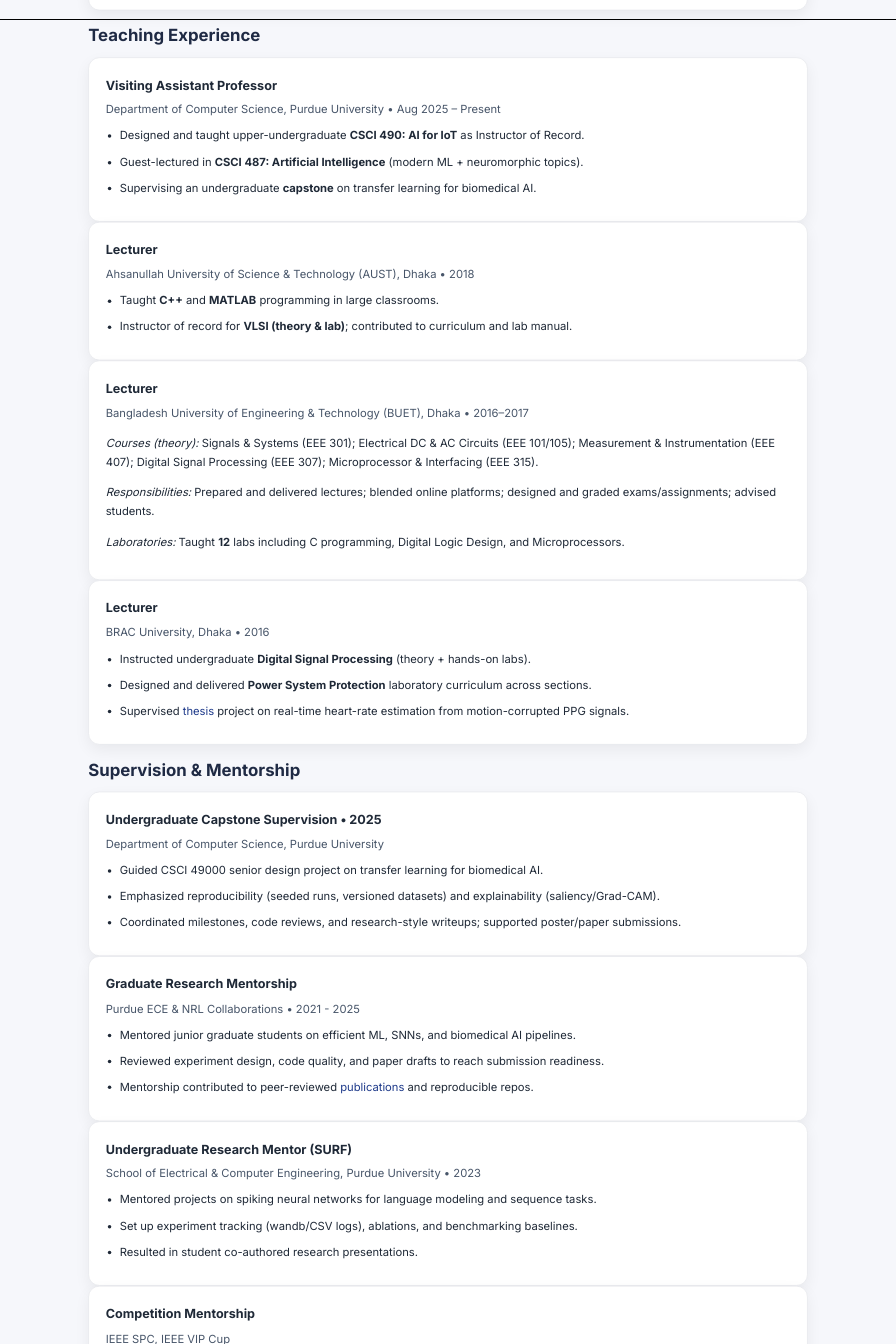
Repository: SayeedChowdhury/SayeedChowdhury.github.io
Page: teaching.html
An editor plug-in stored every save of this project. The page is shown before and after the next save, followed by the edit.
The browser window is 1280 px wide. The pictures show the part of the page from y = 337 to 2257 px (the page is 2952 px tall), at 70% of full size.

Above is the page before, as saved 2025-08-13 14:03:34.

### teaching.html
<!doctype html>
<html lang="en">
<head>
  <meta charset="utf-8">
  <meta name="viewport" content="width=device-width, initial-scale=1">
  <title>Teaching & Mentorship • Sayeed S. Chowdhury</title>
  <link rel="preconnect" href="https://fonts.googleapis.com">
  <link rel="preconnect" href="https://fonts.gstatic.com" crossorigin>
  <link href="https://fonts.googleapis.com/css2?family=Inter:wght@400;600;700&display=swap" rel="stylesheet">
  <link rel="stylesheet" href="assets/style.css">
</head>
<body>
<div class="nav">
  <div class="inner container">
    <div class="brand"><span class="dot"></span> <a href="index.html" style="text-decoration:none;color:inherit;">Sayeed S. Chowdhury</a></div>
    <div style="margin-left:auto; display:flex; gap:6px; flex-wrap:wrap">
      <a href="index.html" class="">Home</a>
      <a href="edu-exp.html" class="">Education & Experience</a>
      <a href="teaching.html" class="active">Teaching & Mentorship</a>
      <!-- <a href="research.html" class="">Research</a> -->
      <a href="publications.html" class="">Publications</a>
      <a href="awards.html" class="">Grants and Awards</a>
      <a href="contact.html" class="">Contact</a>
    </div>
  </div>
</div>
<div class="container">

  <section class="section">
    <h2>Teaching Philosophy</h2>
    <div class="card">
      <p style="margin:0">
        I create an inclusive, student-centered classroom that blends Socratic questioning with project-based learning.
        My goals are to build strong fundamentals, develop students’ ability to reason from first principles, and connect
        theory to practice through open-ended labs and reproducible coding assignments.
      </p>
    </div>

    <h2>Teaching Experience</h2>

    <!-- Purdue — Visiting Assistant Professor -->
    <div class="card">
      <h3>Visiting Assistant Professor</h3>
      <div class="lead">Department of Computer Science, Purdue University • Aug&nbsp;2025 – Present</div>
      <ul class="list">
        <li>Designed and taught upper-undergraduate <strong>CSCI 490: AI for IoT</strong> as Instructor of Record.</li>
        <li>Guest-lectured in <strong>CSCI 487: Artificial Intelligence</strong> (modern ML + neuromorphic topics).</li>
        <li>Supervising an undergraduate <strong>capstone</strong> on transfer learning for biomedical AI.</li>
      </ul>
    </div>

    <!-- AUST -->
    <div class="card">
      <h3>Lecturer</h3>
      <div class="lead">Ahsanullah University of Science &amp; Technology (AUST), Dhaka • 2018</div>
      <ul class="list">
        <li>Taught <strong>C++</strong> and <strong>MATLAB</strong> programming in large classrooms.</li>
        <li>Instructor of record for <strong>VLSI (theory &amp; lab)</strong>; contributed to curriculum and lab manual.</li>
      </ul>
    </div>

    <!-- BUET -->
    <div class="card">
      <h3>Lecturer</h3>
      <div class="lead">Bangladesh University of Engineering &amp; Technology (BUET), Dhaka • 2016–2017</div>
      <p><em>Courses (theory):</em> Signals &amp; Systems (EEE 301); Electrical DC &amp; AC Circuits (EEE 101/105);
        Measurement &amp; Instrumentation (EEE 407); Digital Signal Processing (EEE 307);
        Microprocessor &amp; Interfacing (EEE 315).</p>
      <p><em>Responsibilities:</em> Prepared and delivered lectures; blended online platforms; designed and graded
        exams/assignments; advised students.</p>
      <p><em>Laboratories:</em> Taught <strong>12</strong> labs including C programming, Digital Logic Design, and Microprocessors.</p>
    </div>

    <!-- BRAC University -->
    <div class="card">
      <h3>Lecturer</h3>
      <div class="lead">BRAC University, Dhaka • 2016</div>
      <ul class="list">
        <li>Instructed undergraduate <strong>Digital Signal Processing</strong> (theory + hands-on labs).</li>
        <li>Designed and delivered <strong>Power System Protection</strong> laboratory curriculum across sections.</li>
        <li>Supervised <a href="https://dspace.bracu.ac.bd/xmlui/handle/10361/8610?show=full" target="_blank" rel="noopener">thesis</a> project on real-time heart-rate estimation from motion-corrupted PPG signals.</li>
      </ul>
    </div>

    <h2>Supervision &amp; Mentorship</h2>

    <!-- Undergraduate Capstone -->
    <div class="card">
      <h3>Undergraduate Capstone Supervision • 2025</h3>
      <div class="lead">Department of Computer Science, Purdue University</div>
      <ul class="list">
        <li>Guided CSCI 49000 senior design project on transfer learning for biomedical AI.</li>
        <li>Emphasized reproducibility (seeded runs, versioned datasets) and explainability (saliency/Grad-CAM).</li>
        <li>Coordinated milestones, code reviews, and research-style writeups; supported poster/paper submissions.</li>
      </ul>
    </div>

    <!-- Graduate Mentorship -->
    <div class="card">
      <h3>Graduate Research Mentorship</h3>
      <div class="lead">Purdue ECE &amp; NRL Collaborations • 2021 - 2025</div>
      <ul class="list">
        <li>Mentored junior graduate students on efficient ML, SNNs, and biomedical AI pipelines.</li>
        <li>Reviewed experiment design, code quality, and paper drafts to reach submission readiness.</li>
        <li>Mentorship contributed to peer-reviewed <a href=" https://ieeexplore.ieee.org/abstract/document/11078244" target="_blank" rel="noopener">publications</a> and reproducible repos.</li>
      </ul>
    </div>

    <!-- SURF Projects -->
    <div class="card">
      <h3>Undergraduate Research Mentor (SURF)</h3>
      <div class="lead">School of Electrical &amp; Computer Engineering, Purdue University • 2023</div>
      <ul class="list">
        <li>Mentored projects on spiking neural networks for language modeling and sequence tasks.</li>
        <li>Set up experiment tracking (wandb/CSV logs), ablations, and benchmarking baselines.</li>
        <li>Resulted in student co-authored research presentations.</li>
      </ul>
    </div>


    <!-- Competitions -->
    <div class="card">
      <h3>Competition Mentorship</h3>
      <div class="lead">IEEE SPC, IEEE VIP Cup</div>
      <ul class="list">
        <li>
          Mentored an undergraduate team at <strong>Bangladesh University of Engineering &amp; Technology (BUET)</strong>
          for the <em>4th <a href="https://ieeexplore.ieee.org/document/7974869" target="_blank" rel="noopener">IEEE Signal Processing Cup (2017)</a> </em> on real-time music beat prediction, achieving
          <strong>Honorable Mention</strong>.
        </li>
        <li>
          Guided a BUET student team in the <em>1st <a href="https://ieeexplore.ieee.org/stamp/stamp.jsp?arnumber=8310690" target="_blank" rel="noopener">IEEE Video and Image Processing Cup</a> </em> to develop a traffic
          sign detection system for self-driving cars, securing <strong>3rd place worldwide</strong>.
        </li>
        <li>
          Supervised an undergraduate team at <strong>Ahsanullah University of Science and Technology (AUST)</strong>
          for the <em>7th <a href="https://arxiv.org/pdf/2007.10812" target="_blank" rel="noopener">IEEE Signal Processing Cup (2020)</a> </em> on anomaly detection in an unsupervised surveillance
          setting, ranking <strong>8th place worldwide</strong>.
        </li>
      </ul>
    </div>


      <!-- Undergraduate Capstone -->
    <div class="card">
      <h3>Undergraduate Thesis Supervision </h3>
      <div class="lead">Department of EEE, BRAC University • 2017</div>
      <ul class="list">
        <li>Supervised <a href="https://dspace.bracu.ac.bd/xmlui/handle/10361/8610?show=full" target="_blank" rel="noopener">thesis</a> project on real-time heart-rate estimation from motion-corrupted PPG signals, guiding research design, algorithm selection, and ethical compliance.</li>
        <li>Mentored students in refining research questions, coding best practices, version control, and reproducible experiment pipelines, with regular progress reviews and milestone tracking.</li>
        <li>Provided detailed feedback on technical writing, presentation skills, and defense preparation, ensuring readiness for academic and industry audiences.</li>
        </ul>
    </div>
</div>

  </section>

</div>
<div class="footer">© 2025 Sayeed Shafayet Chowdhury • Built with GitHub Pages</div>
</body>
</html>

### assets/style.css
/* ================================
   Sayeed S. Chowdhury — style.css
   Mild light theme (no top halo)
   ================================ */

   :root{
    --bg:#f6f7fb;          /* mild light (not white) */
    --panel:#ffffff;       /* card surface */
    --panel-2:#f1f5fb;     /* subtle secondary surface */
    --ink:#1f2937;         /* main text (slate-800) */
    --muted:#475569;       /* secondary text (slate-600) */
    --navy:#1e3a8a;        /* accent for nav/links (blue-900) */
    --gold:#b58500;        /* optional accent */
    --border:#e5e7eb;      /* card/nav borders */
    --shadow:0 8px 22px rgba(0,0,0,.06);
    --radius:16px;
  }

  /* Base */
  *{ box-sizing:border-box }
  html,body{ height:100% }
  body{
    margin:0;
    color:var(--ink);
    background:var(--bg); /* removed radial gradients/halo */
    font:16px/1.7 "Inter", system-ui, -apple-system, Segoe UI, Roboto, Helvetica, Arial;
    -webkit-font-smoothing:antialiased;
    text-rendering:optimizeLegibility;
  }

  .container{ max-width:1100px; margin:0 auto; padding:24px }

  /* Top Nav */
  .nav{
    position:sticky; top:0; z-index:10;
    background:#f9fafb;                      /* solid so it’s visible */
    backdrop-filter:saturate(140%) blur(6px);
    border-bottom:1px solid var(--border);
    box-shadow:0 6px 14px rgba(0,0,0,.04);
  }
  .nav .inner{ display:flex; align-items:center; gap:16px; padding:12px 24px; }
  .nav .brand{ display:flex; align-items:center; gap:10px; font-weight:700; color:var(--ink) }
  .nav .brand .dot{ width:10px; height:10px; border-radius:50%; background:linear-gradient(45deg,#2563eb,#60a5fa); box-shadow:0 0 8px rgba(37,99,235,.5) }
  .nav a{
    color:#334155;                            /* slate-700: readable */
    text-decoration:none;
    padding:8px 12px;
    border-radius:10px;
  }
  .nav a:hover{
    color:var(--navy);
    background:#e6edf7;                       /* gentle hover pill */
  }
  .nav a.active{
    color:var(--navy);
    background:#dbeafe;                       /* visible active pill */
    font-weight:600;
  }
  .nav a:focus-visible{ outline:2px solid #93c5fd; outline-offset:2px }

  /* Hero & Layout */
  .hero{
    display:grid; grid-template-columns:1.1fr .9fr; gap:28px; align-items:stretch;
    padding:48px 24px 12px;
  }
  .row{ display:flex; gap:18px; flex-wrap:wrap; align-items:center }

  /* Cards */
  .card{
    background:var(--panel);
    border:1px solid var(--border);
    border-radius:var(--radius);
    box-shadow:var(--shadow);
    padding:24px;
  }
  .cards{ display:grid; grid-template-columns:repeat(12,1fr); gap:20px; margin-top:18px }
  .card.grid-12{ grid-column:span 12 }
  .card.grid-6{ grid-column:span 6 }
  .card.grid-4{ grid-column:span 4 }

  /* Typography */
  h1{ font-size:32px; margin:0 0 6px }         /* smaller homepage name */
  h2{ font-size:24px; margin:16px 0 10px; color:#1f2a44 }
  h3{ font-size:18px; margin:0 0 6px }
  .lead{ color:var(--muted); font-size:16px }
  .kicker{ color:var(--gold); font-weight:700; letter-spacing:.4px; text-transform:uppercase; font-size:12px }
  .page-title{ margin:8px 0 16px }
  .page-title h1{ font-size:46px; letter-spacing:.4px; margin:0; color:#1f2a44 }

  /* Lists */
  .list{ padding-left:20px; margin:0 }
  .list li{ margin:10px 0 }

  /* Headshot */
  .headshot{
    width:160px; height:160px; border-radius:50%; object-fit:cover;
    border:3px solid #eef2ff; box-shadow:0 4px 14px rgba(0,0,0,.06)
  }

  /* Badges & Pills */
  .badges{ display:flex; flex-wrap:wrap; gap:10px; margin-top:14px }
  .badge{
    background:#f1f5fb; border:1px solid #dbe4f2; color:#2b4a6a;
    padding:6px 10px; border-radius:999px; font-size:13px
  }
  .pill{
    display:inline-block; padding:5px 10px; border:1px solid var(--border);
    border-radius:999px; font-size:12px; color:var(--muted); margin-right:8px
  }

  /* Buttons */
  .cta{ display:flex; gap:12px; flex-wrap:wrap; margin-top:12px }
  .button{
    display:inline-flex; align-items:center; gap:10px;
    padding:12px 16px; border-radius:12px;
    border:1px solid #c7d2fe; background:#eef2ff; color:#1f2937;
    text-decoration:none; font-weight:600;
  }
  .button:hover{ background:#e0e7ff }
  .button.secondary{ background:#ffffff; border:1px solid #e4e8ef }

  /* Links (site-wide) */
  a{ color:#1e3a8a; text-decoration:none }
  a:hover{ color:#0f2a6e; text-decoration:underline }
  a:visited{ color:#1e3a8a } /* avoid purple on visited */

  /* Sections */
  .section{ padding:12px }
  .section .title{ display:flex; align-items:center; justify-content:space-between }

  /* Footer (visible on light) */
  .footer{
    background:#f9fafb;
    color:#475569;
    border-top:1px solid var(--border);
    text-align:center;
    padding:20px;
    margin-top:40px;
  }

  /* Forms (if any) */
  input, textarea, select{
    background:#fff; color:var(--ink); border:1px solid var(--border);
    border-radius:10px; padding:10px 12px
  }
  input:focus, textarea:focus, select:focus{
    outline:2px solid #93c5fd; outline-offset:2px
  }

  /* Responsive */
  @media (max-width: 900px){
    .hero{ grid-template-columns:1fr }
    .card.grid-6, .card.grid-4{ grid-column:span 12 }
  }

  /* Print */
  @media print{
    .nav, .footer, .cta{ display:none }
    body{ background:#ffffff; color:#111 }
    .card{ box-shadow:none; border-color:#ddd }
  }

After the next save:
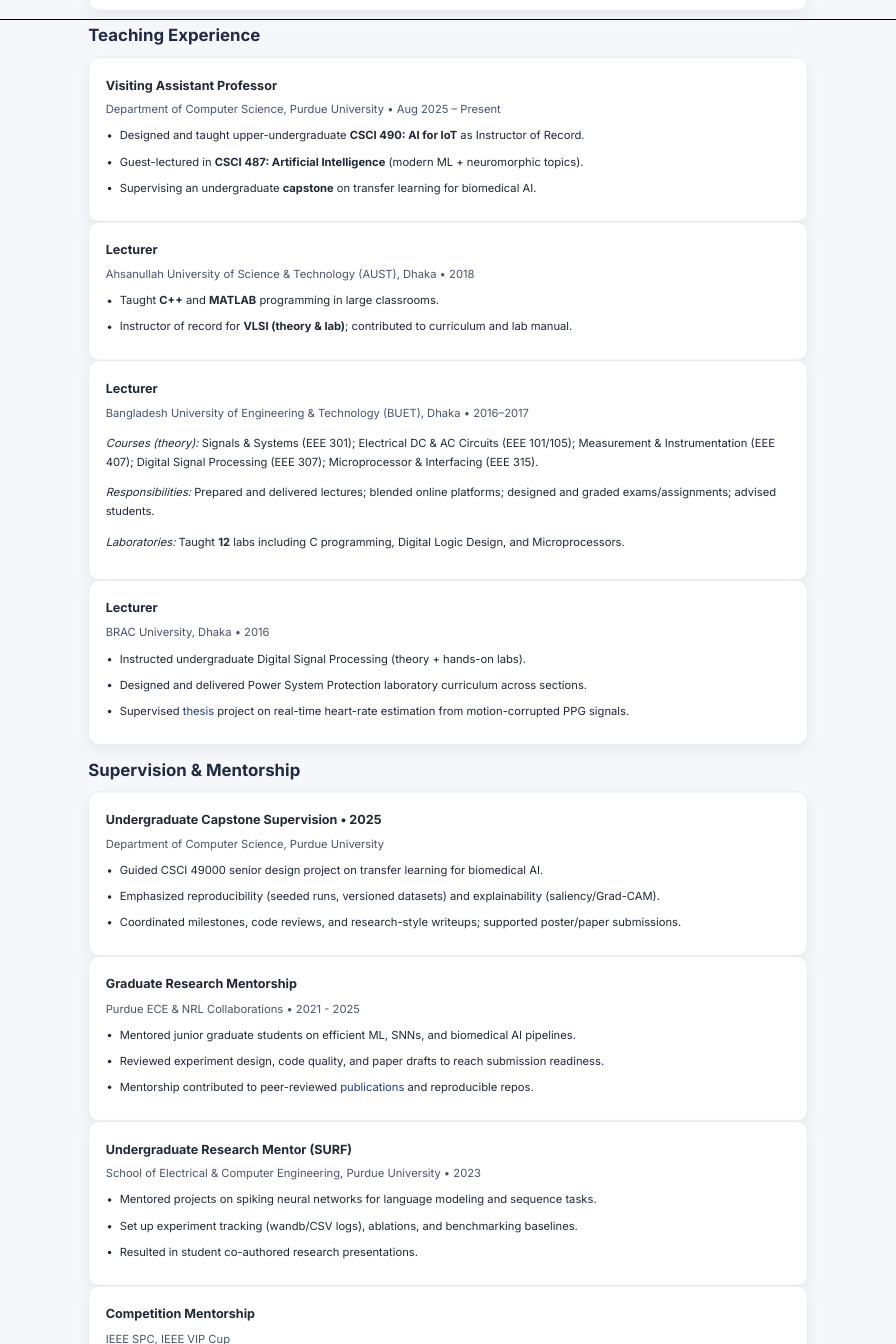
Saved 4 min 26 s later.
--- a/teaching.html
+++ b/teaching.html
@@ -76,8 +76,8 @@
       <h3>Lecturer</h3>
       <div class="lead">BRAC University, Dhaka • 2016</div>
       <ul class="list">
-        <li>Instructed undergraduate <strong>Digital Signal Processing</strong> (theory + hands-on labs).</li>
-        <li>Designed and delivered <strong>Power System Protection</strong> laboratory curriculum across sections.</li>
+        <li>Instructed undergraduate Digital Signal Processing (theory + hands-on labs).</li>
+        <li>Designed and delivered Power System Protection laboratory curriculum across sections.</li>
         <li>Supervised <a href="https://dspace.bracu.ac.bd/xmlui/handle/10361/8610?show=full" target="_blank" rel="noopener">thesis</a> project on real-time heart-rate estimation from motion-corrupted PPG signals.</li>
       </ul>
     </div>
